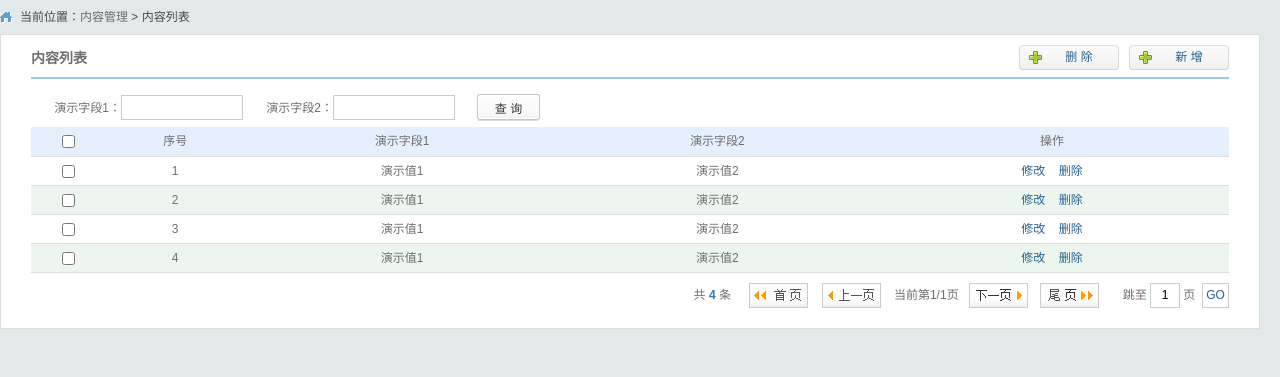
Repository: Bosssheep/LearningProject
Page: http://localhost/MicroMessage/WEB-INF/jsp/back/list.jsp
These files come from the project's save history. The page is drawn as it stood at one moment and after the next save; the edit follows.
The browser window is 1280 px wide. The pictures show the whole page.
The page is served by Tomcat 9. Nobody is signed in. The template is opened directly, without the code that normally fills it, so the values that code supplies are empty.

Above is the page before, as saved 2018-05-02 14:53:06.
Console error (its wording comes from the project's code and is left out).

After the next save:
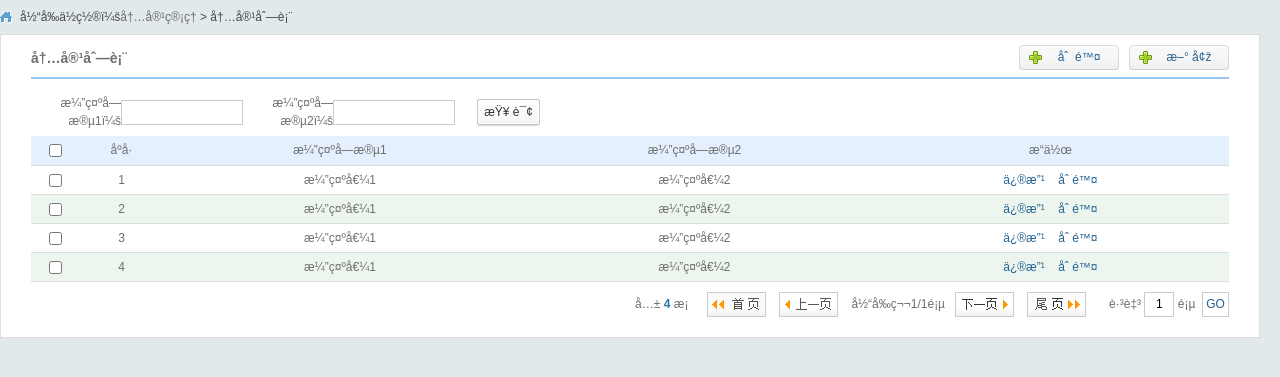
Saved 3 min 1 s later.
--- a/MicroMessage/WebContent/WEB-INF/jsp/back/list.jsp
+++ b/MicroMessage/WebContent/WEB-INF/jsp/back/list.jsp
@@ -1,5 +1,4 @@
-<%@ page language="java" contentType="text/html; charset=utf-8"
-    pageEncoding="utf-8"%>
+
 <!DOCTYPE html PUBLIC "-//W3C//DTD HTML 4.01 Transitional//EN" "http://www.w3.org/TR/html4/loose.dtd">
 <html>
 <head>
